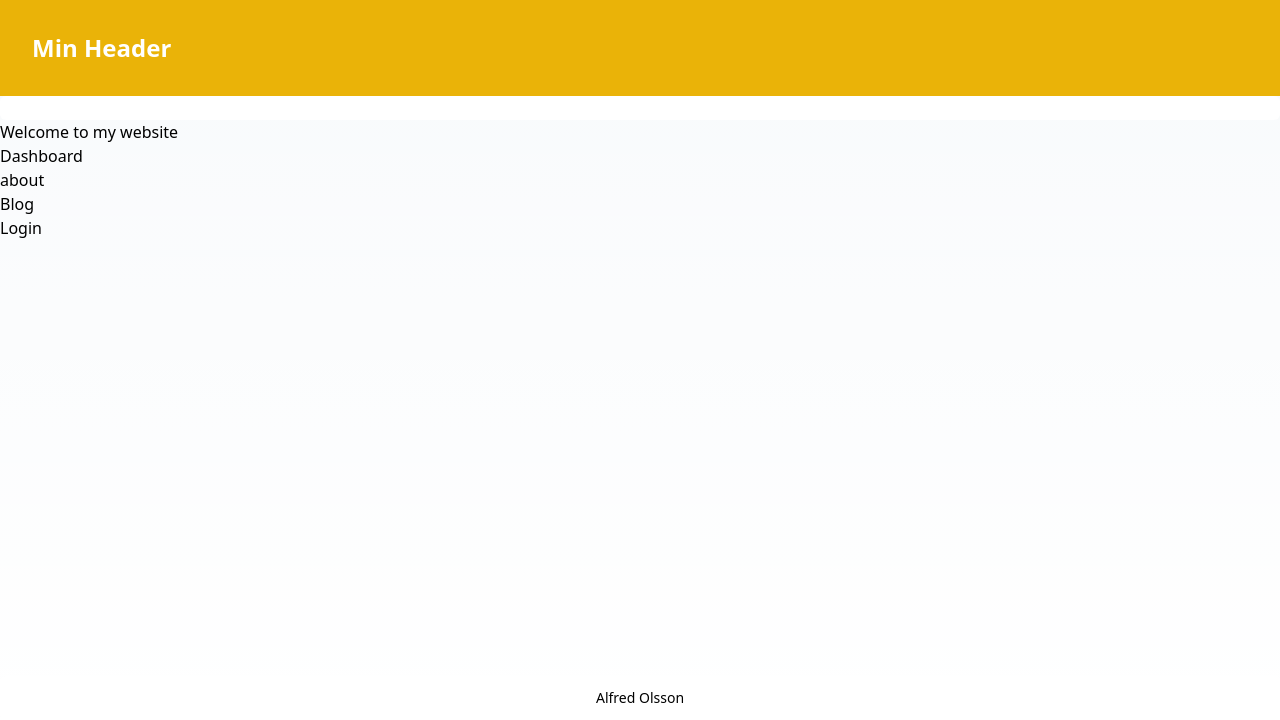
Repository: AlligatorAffe/NextWebsite
Page: /
These files come from the project's save history. The page is drawn as it stood at one moment and after the next save; the edit follows.
The browser window is 1280 px wide. The pictures show the whole page.
The project was rebuilt for these pictures with package versions that can differ from the ones it lists, and the page was loaded fresh each time. The framework's server and built-in components were replaced by stand-ins that run in the browser. Also part of the build but not shown: next.config.js.

Above is the page before, as saved 2024-01-04 21:35:43.

After the next save:
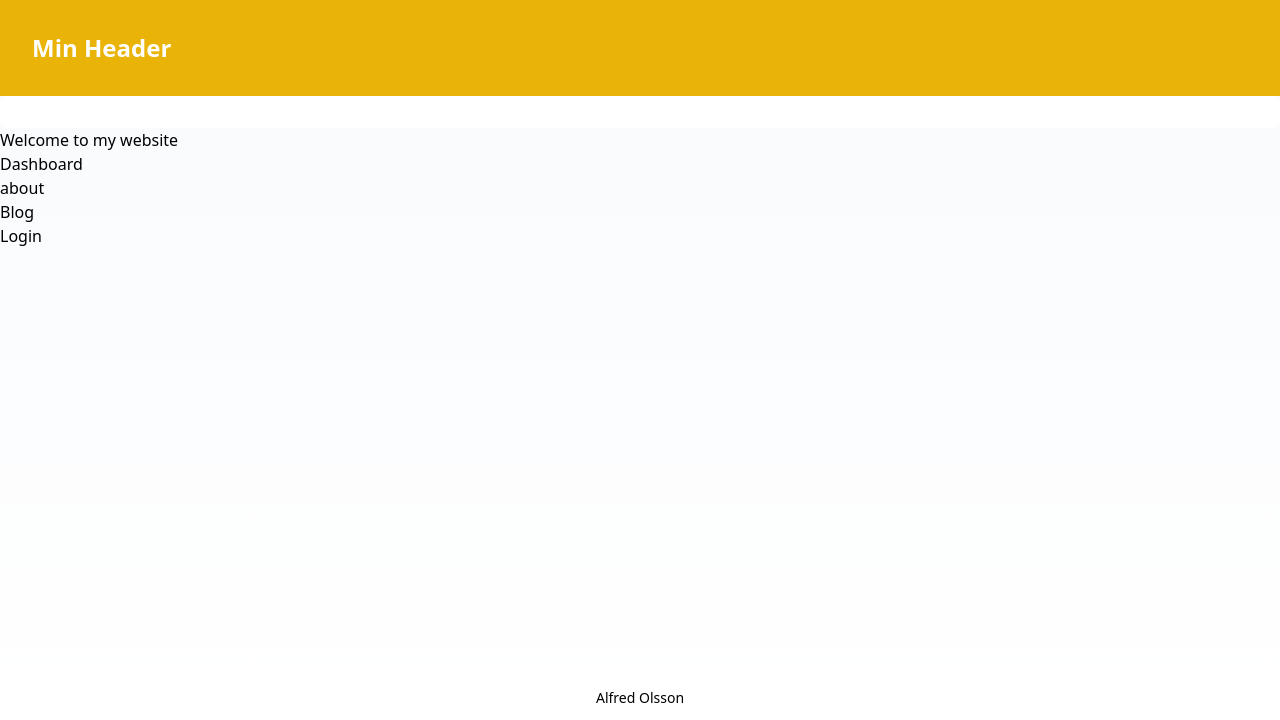
Saved 5 s later.
--- a/app/layout.tsx
+++ b/app/layout.tsx
@@ -53,7 +53,7 @@ export default function RootLayout({
           <header className="bg-yellow-500 p-8">
             <h1 className="text-2xl font-bold text-white">Min Header</h1>
           </header>
-          <nav  className="bg-white rounded-md p-3"></nav>
+          <nav  className="bg-white rounded-md p-4"></nav>
           {children}
         </div>
         <footer className="bg-white rounded-md p-3">
